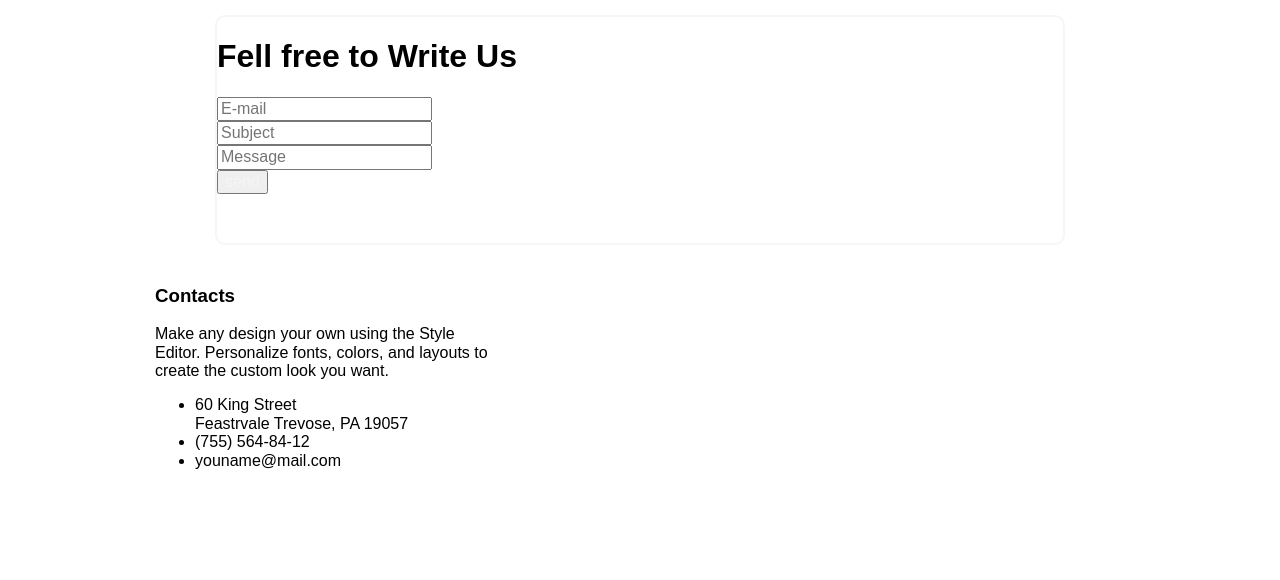
Repository: sogeisetsu/suy-ife
Page: 009-011/index.html
An editor plug-in stored every save of this project. The page is shown before and after the next save, followed by the edit.
The browser window is 1280 px wide. The pictures show the part of the page from y = 3840 to 4420 px (the page is 4420 px tall).
A picture or video elsewhere on the page could not be fetched, so the positions and the page height are approximate.

Above is the page before, as saved 2019-10-13 01:54:36.

After the next save:
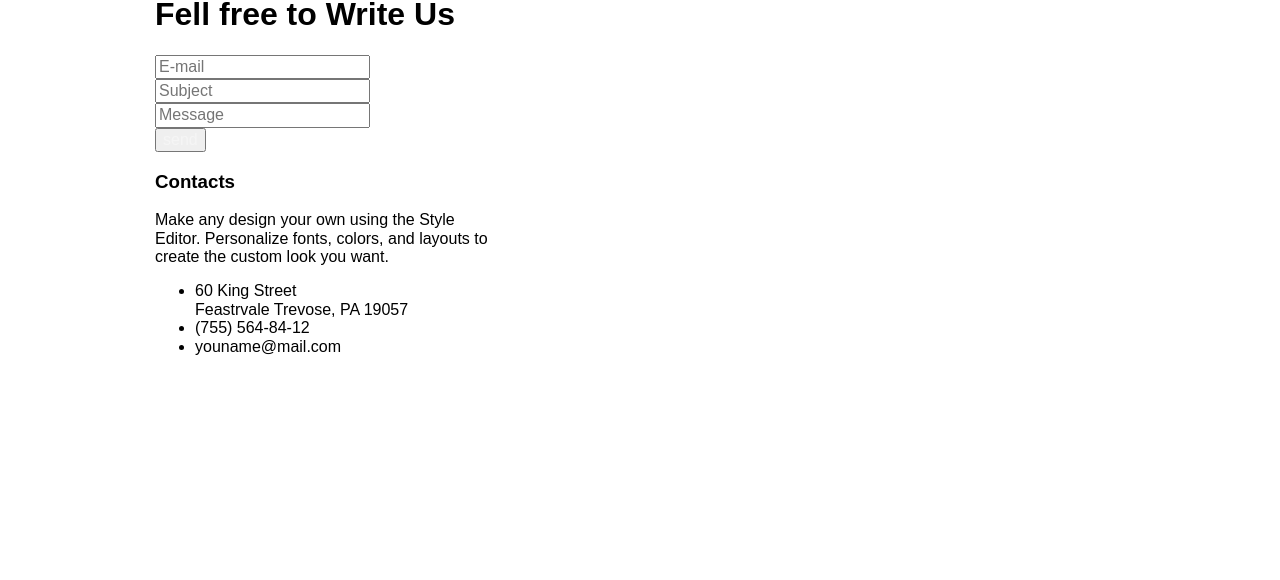
Saved 14 s later.
--- a/009-011/index.css
+++ b/009-011/index.css
@@ -351,21 +351,8 @@ input{
     /* display: flex; */
 }
 .page7form{
-    position: relative;
-    /* bottom: 605px; */
-    margin: 40px auto;
-    border-style: solid ;
-    border-width: 2px;
-    border-color: rgba(236, 235, 233, 0.445);
-    border-radius: 10px;
-    box-sizing: border-box;
-    display: block;
-    width: 850px;
-    /* display: flex; */
-    /* flex-direction: column; */
-    height: 230px;
+
 }
 .page7form, form input{
     display: block;
 }
-.page7form
